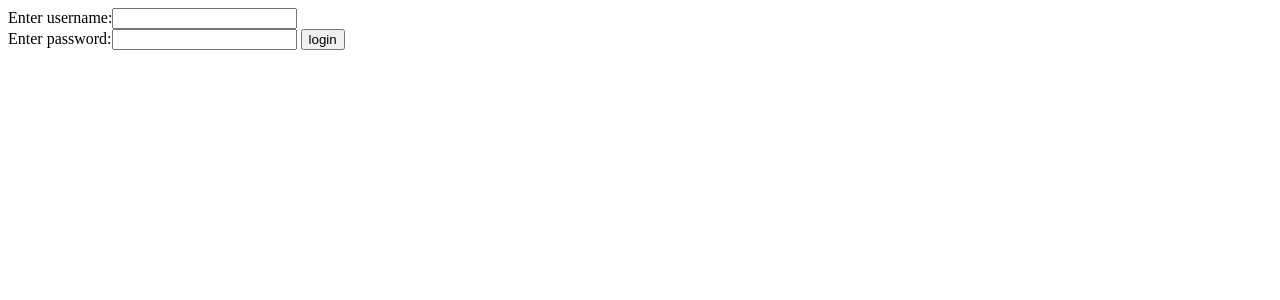
Repository: lathachanga/Java
Page: http://localhost/LoginUsingJspServlet/login.jsp
An editor plug-in stored every save of this project. The page is shown before and after the next save, followed by the edit.
The browser window is 1280 px wide. The pictures show the whole page.
The page is served by Tomcat 9. Other server files are loaded and not shown.

Above is the page before, as saved 2023-04-10 14:38:57.

### AdvancedJava/LoginUsingJspServlet/src/main/webapp/login.jsp
<%@ page language="java" contentType="text/html; charset=UTF-8"
    pageEncoding="UTF-8"%>
<!DOCTYPE html>
<html>
<head>
<meta charset="UTF-8">
<title>Insert title here</title>
</head>
<body>
<form action="login">
 Enter username:<input type="text" name="uname"><br>
  Enter password:<input type="password" name="pass">
   <input type="submit" value="login">
</form>
</body>
</html>

After the next save:
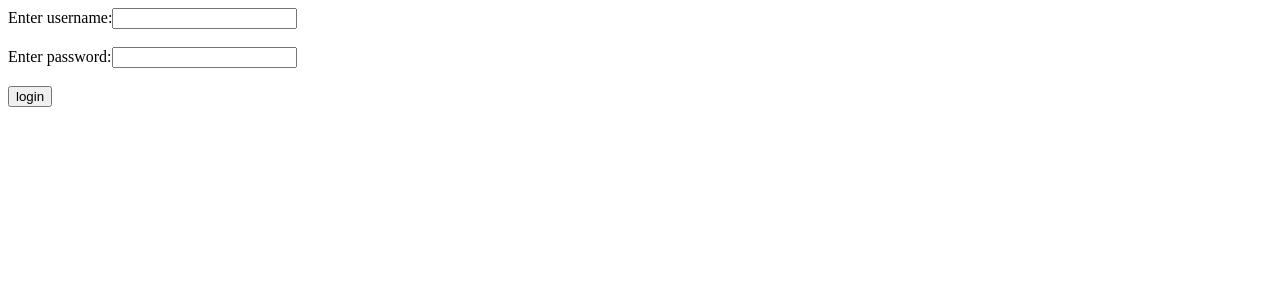
Saved 28 s later.
--- a/AdvancedJava/LoginUsingJspServlet/src/main/webapp/login.jsp
+++ b/AdvancedJava/LoginUsingJspServlet/src/main/webapp/login.jsp
@@ -8,8 +8,8 @@
 </head>
 <body>
 <form action="login">
- Enter username:<input type="text" name="uname"><br>
-  Enter password:<input type="password" name="pass">
+ Enter username:<input type="text" name="uname"><br><br>
+  Enter password:<input type="password" name="pass"><br><br>
    <input type="submit" value="login">
 </form>
 </body>
